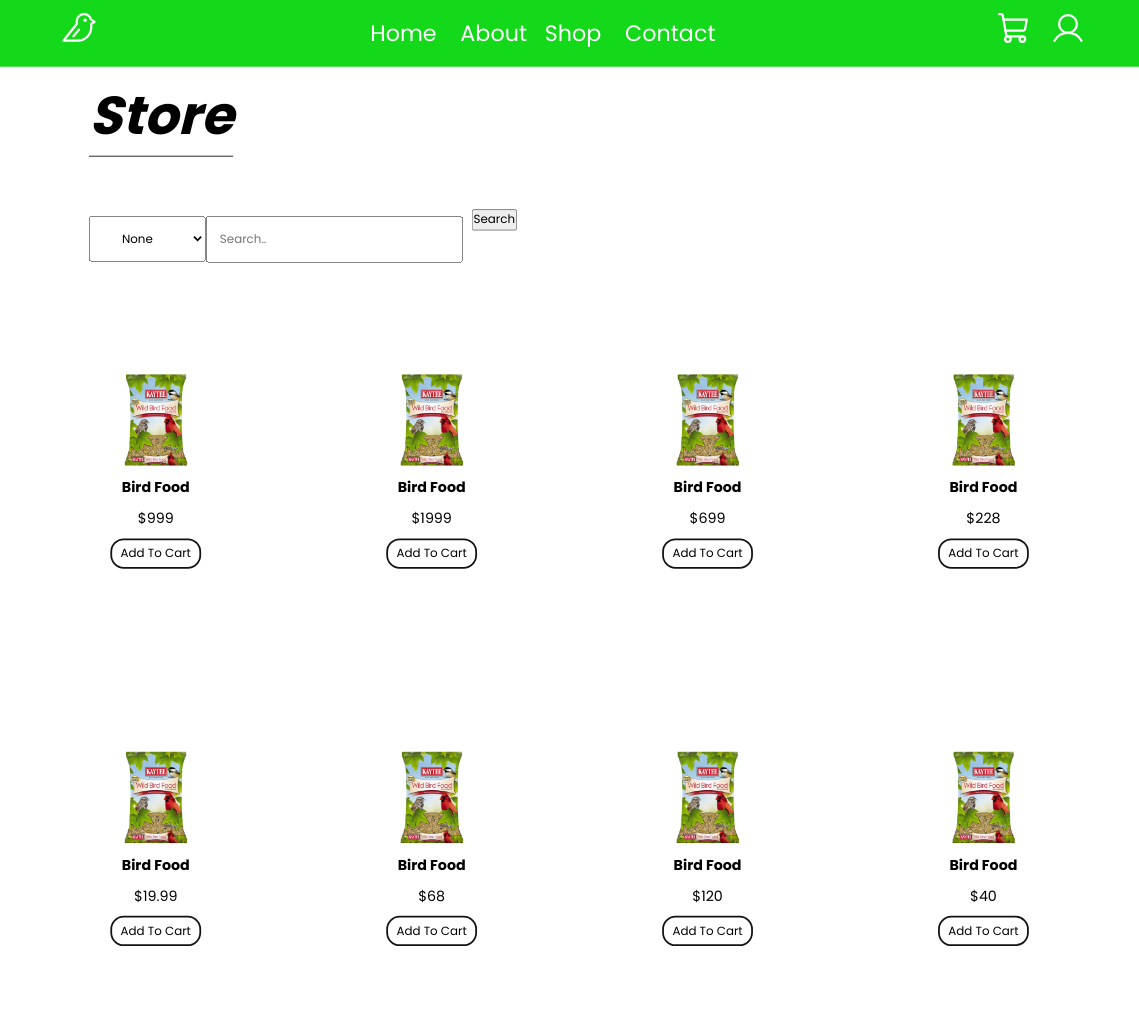
Repository: Vuhainam64/SWP391
Page: / (app in React/swp391-app/)
The author's editor kept a copy of each file at every save. The page is drawn from the files as they stood at one save, then again after the next save.
The browser window is 1280 px wide. The pictures show the whole page, at 89% of full size.
The project was rebuilt for these pictures with package versions that can differ from the ones it lists, and the page was loaded fresh each time. Also part of the build but not shown: React/swp391-app/src/pages/register/register.jsx, React/swp391-app/src/pages/home/home.jsx, React/swp391-app/src/pages/about/about.jsx, React/swp391-app/src/pages/contact/contact.jsx, React/swp391-app/src/pages/cart/cart-item.jsx, React/swp391-app/src/pages/cart/cart.css, React/swp391-app/src/pages/cart/cart.jsx.

Above is the page before, as saved 2023-06-01 14:02:38.

### React/swp391-app/src/App.js
import './App.css';
import { BrowserRouter as Router, Routes, Route } from "react-router-dom";
import { Navbar } from "./components/navbar";
import { Register } from "./pages/register/register";
import { Home } from "./pages/home/home";
import { About } from "./pages/about/about";
import { Shop } from "./pages/shop/shop";
import { Contact } from "./pages/contact/contact";
import { Cart } from "./pages/cart/cart";
import { ShopContextProvider } from './context/shop-context';


function App() {
  return (
    <div className = "App">
      <ShopContextProvider>
        <Router>
          <Navbar />
          <Routes>
            <Route path = "/register" element = {<Register />} />
            <Route path = "/home" element={<Home/>} />
            <Route path = "/about" element={<About/>} />
            <Route path = "/" element = {<Shop />} />
            <Route path = "/contact" element = {<Contact />} />
            <Route path = "/cart" element = {<Cart />} />
          </Routes>
        </Router>
      </ShopContextProvider>
    </div>
  );
}

export default App;

### React/swp391-app/src/App.css
.App {
  width: 100%;
  height: auto;
  min-height: 100vh;
  font-family: 'Segoe UI', Tahoma, Geneva, Verdana, sans-serif;
}

body {
  padding: 0;
  margin: 0;
}

### React/swp391-app/src/components/navbar.jsx
import React from "react";
import { Link } from "react-router-dom";
import { ShoppingCart, Bird, User } from "phosphor-react";
import "./navbar.css";

export const Navbar = () => {
  return (
    <div className="navbar">
      <div className="links">
        <div className="icon">
          <Link to="/home">
            <Bird size={40} />
          </Link>
        </div>
        <div className="middle">
          <Link to="/home"> Home </Link>
          <Link to="/about">About</Link>
          <Link to="/">Shop</Link>
          <Link to="/contact"> Contact</Link>
        </div>
        <div className="end">
          <Link to="/cart">
            <ShoppingCart size={40} />
          </Link>
            <Link to="/register">
                <User size={40}/>
            </Link>
        </div>
      </div>
    </div>
  );
};

### React/swp391-app/src/pages/shop/shop.jsx
import React from "react";
import { PRODUCTS } from "../../products";
import { Product } from "./product";
import "./shop.css";

export const Shop = () => {
  return (
    <div className="shop">
      <div className="shopTitle">
        <h3>Store</h3>
      </div>

      <div class="form-shop">
        <label>
          <select>
            <option selected> None </option>
            <option>Seed</option>
            <option>Suet</option>
            <option>Nectar</option>
            <option>Fruit</option>
            <option>Insect</option>
          </select>
        </label>
        <div>
        <div className="search-bar">
        <input type="text" placeholder="Search.."/>
        <div className="icon-search">
        <button>Search</button>
        </div>
        </div>
        </div>
      </div>

      <div className="products">
        {PRODUCTS.map((product) => (
          <Product data={product} />
        ))}
      </div>
    </div>
  );
};

### React/swp391-app/src/context/shop-context.jsx
import { createContext, useEffect, useState } from "react";
import { PRODUCTS } from "../products";

export const ShopContext = createContext(null);

const getDefaultCart = () => {
    let cart = {};
    for (let i = 1; i < PRODUCTS.length + 1; i++) {
        cart[i] = 0;
    }
    return cart;
}

export const ShopContextProvider = (props) => {
    const [cartItems, setCartItems] = useState(getDefaultCart());

    const getTotalCartAmount = () => {
        let totalAmount = 0;
        for (const item in cartItems) {
            if (cartItems[item] > 0) {
                let itemInfo = PRODUCTS.find((product) => product.id === Number(item));
                totalAmount += cartItems[item] *itemInfo.price;
            }
        }
        return totalAmount;
    };

    const addToCart = (itemId) => {
        setCartItems((prev) => ({ ...prev, [itemId]: prev[itemId] + 1}));
    };

    const removeFromCart = (itemId) => {
        setCartItems((prev) => ({ ...prev, [itemId]: prev[itemId] - 1}));
    };

    const updateCartItemCount = (newAmount, itemId) => {
        setCartItems((prev) => ({ ...prev, [itemId]: newAmount }));
    };

    const checkout = () => {
        setCartItems(getDefaultCart());
    };

    const contextValue = {
        cartItems,
        addToCart,
        updateCartItemCount,
        removeFromCart,
        getTotalCartAmount,
        checkout,
    };

    return (
        <ShopContext.Provider value={contextValue}>
            {props.children}
        </ShopContext.Provider>
    );
};

### React/swp391-app/src/components/navbar.css
.navbar {
    width: 100%;
    height: 75px;
    background-color: rgb(20, 217, 27);
    display: flex;
    justify-content: center;
    align-items: center;
}

.links {
    margin-right: 50px;
    display: flex;
    align-items: center;
    justify-content: space-between;
    width: 100%;
}

.icon {
    margin-left: 50px;
}

.end {
    padding: 0 10px;
}

.links a {
    text-decoration: none;
    color: white;
    margin-left: 20px;
    font-size: 25px;
}

### React/swp391-app/src/pages/register/register.css
/* Import Google font - Poppins */
@import url('https://fonts.googleapis.com/css2?family=Poppins:wght@200;300;400;500;600;700&display=swap');

*{
  margin: 0;
  padding: 0;
  box-sizing: border-box;
  font-family: 'Poppins', sans-serif;
}

.images{
  position: absolute;
  width: 100%;
  height: 100%;
  background-image: linear-gradient(rgba(0,0,0,0.4),rgba(0,0,0,0.4)),url(../../assets/products/7200317.jpg);
  background-position: center;
  background-size: cover;
}

.container{
  position: relative;
  top: 50%;
  left: 50%;
  transform: translate(-50%,-50%);
  max-width: 480px;
  width: 100%;
  background: #fff;
  border-radius: 7px;
  box-shadow: 0 5px 10px rgba(0,0,0,0.3);
}

.container .registration{
  display: none;
}

#check:checked ~ .registration{
  display: block;
}

#check:checked ~ .login{
  display: none;
}

#check{
  display: none;
}

.container .form{
  padding: 2rem;
}

.form header{
  font-size: 2rem;
  font-weight: 500;
  text-align: center;
  margin-bottom: 1.5rem;
}

 .form input{
   height: 60px;
   width: 92%;
   padding: 0 14px;
   font-size: 17px;
   margin-top: 15px;
   margin-bottom: 1.3rem;
   border: 1px solid #ddd;
   border-radius: 6px;
   outline: none;
 }

 .form input:focus{
   box-shadow: 0 1px 0 rgba(0,0,0,0.2);
 }

.form a{
  font-size: 16px;
  color: #009579;
  text-decoration: none;
}

.form a:hover{
  text-decoration: underline;
}

.form input.button{
  color: #fff;
  background: #009579;
  font-size: 1.2rem;
  font-weight: 500;
  letter-spacing: 1px;
  margin-top: 1.7rem;
  cursor: pointer;
  transition: 0.4s;
  width: 100%;
}

.form input.button:hover{
  background: #006653;
}

.signup{
  font-size: 17px;
  text-align: center;
}

.signup label{
  color: #009579;
  cursor: pointer;
}

.signup label:hover{
  text-decoration: underline;
}

.icon-login {
  margin-right: 5px;
}

### React/swp391-app/src/products.js
import product1 from "./assets/products/1.png";
import product2 from "./assets/products/1.png";
import product3 from "./assets/products/1.png";
import product4 from "./assets/products/1.png";
import product5 from "./assets/products/1.png";
import product6 from "./assets/products/1.png";
import product7 from "./assets/products/1.png";
import product8 from "./assets/products/1.png";

export const PRODUCTS = [
  {
    id: 1,
    productName: "Bird Food",
    price: 999.0,
    productImage: product1,
  },
  {
    id: 2,
    productName: "Bird Food",
    price: 1999.0,
    productImage: product2,
  },
  {
    id: 3,
    productName: "Bird Food",
    price: 699.0,
    productImage: product3,
  },
  {
    id: 4,
    productName: "Bird Food",
    price: 228.0,
    productImage: product4,
  },
  {
    id: 5,
    productName: "Bird Food",
    price: 19.99,
    productImage: product5,
  },
  {
    id: 6,
    productName: "Bird Food",
    price: 68.0,
    productImage: product6,
  },
  {
    id: 7,
    productName: "Bird Food",
    price: 120.0,
    productImage: product7,
  },
  {
    id: 8,
    productName: "Bird Food",
    price: 40.0,
    productImage: product8,
  },
];

### React/swp391-app/src/pages/shop/product.jsx
import React, {useContext} from "react";
import { ShopContext } from "../../context/shop-context";

export const Product = (props) => {
    const { id, productName, price, productImage } = props.data;
    const { addToCart, cartItems } = useContext(ShopContext);

    const cartItemCount = cartItems[id];

    return (
        <div className = "product">
            <img src = {productImage} alt=""/>
            <div className = "description">
                <p>
                    <b>{productName}</b>
                </p>
                <p> ${price}</p>
            </div>
            <button className="addToCartBttn" onClick = {() => addToCart(id)}>
                Add To Cart {cartItemCount > 0 && <> ({cartItemCount}) </>}
            </button>
        </div>
    );
};

### React/swp391-app/src/pages/shop/shop.css
.shop {
    padding: 0 20px;
}

.shopTitle {
    margin-top: 10px;
    text-align: center;
    font-size: 40px;
}

.products {
    width: 100%;
    height: auto;
    display: grid;
    grid-template-columns: 1fr 1fr 1fr 1fr;
    place-items: center;

}

.product {
    border-radius: 15px;
    margin: 100px;
    display: flex;
    flex-direction: column;
    justify-content: center;
    align-items: center;
}

.product img {
    width: 100%;
    height: 100%;
}

.product .description {
    text-align: center;
}

.product:hover {
    transition: 0.3s ease-in;
    cursor: pointer;
}

.addToCartBttn {
    background-color: transparent;
    border: 2px solid rgb(19, 19, 19);
    min-width: 100px;
    padding: 5px 10px 5px 10px;
    border-radius: 15px;
}

.addToCartBttn:hover {
    background-color: rgb(19, 19, 19);
    color: white;
    cursor: pointer;
}

.description p,b{
    margin: 10px 0;
}
.shopTitle {
    justify-content: left;
    display: inline-block;
}
.shopTitle h3{
    float: left;
    margin-left: 80px;
    font-size: 60px;
    font-style: italic;
    border-bottom: 1px solid rgb(19, 19, 19);
}

.form-shop {
    display:flex;
    margin-left: 80px;
    margin-bottom: 10px;
    margin-top: 50px;

}

.form-shop select {
    padding: 14px 32px;
}

.form-shop input {
    padding: 14px;
    margin: 10px 10px 10px 0;
    width: 30%;
}

.search-bar {
    display: flex;
}
.search-bar input{
   width: 100%;
}
.icon-search {

}

### React/swp391-app/src/pages/contact/contact.css
.contact{
    max-width: 400px;
    margin: 0 auto;
    padding: 20px;
}
.title-contact{
    text-align: center;
}
label{
    display: block;
    margin-top: 10px;
}
.form-contact{

    text-align: center;
}

/* input[type="text"],
.type-email,
input[type="message"],
textarea {
  width: 100%;
  padding: 8px;
  border: 1px solid #ccc;
  border-radius: 4px;
  box-sizing: border-box;
  margin-top: 5px;
  margin-bottom: 10px;
} */

input[type="submit"] {
    background-color: #4CAF50;
    color: white;
    padding: 10px 15px;
    border: none;
    border-radius: 4px;
    cursor: pointer;
    font-size: 16px;
  }

  input[type="submit"]:hover {
    background-color: #45a049;
  }

  textarea {
    height: 100px;
  }

Loaded but not shown: React/swp391-app/public/index.html (common file); React/swp391-app/src/index.js (common file); React/swp391-app/src/index.css (common file); React/swp391-app/src/reportWebVitals.js (common file)

After the next save:
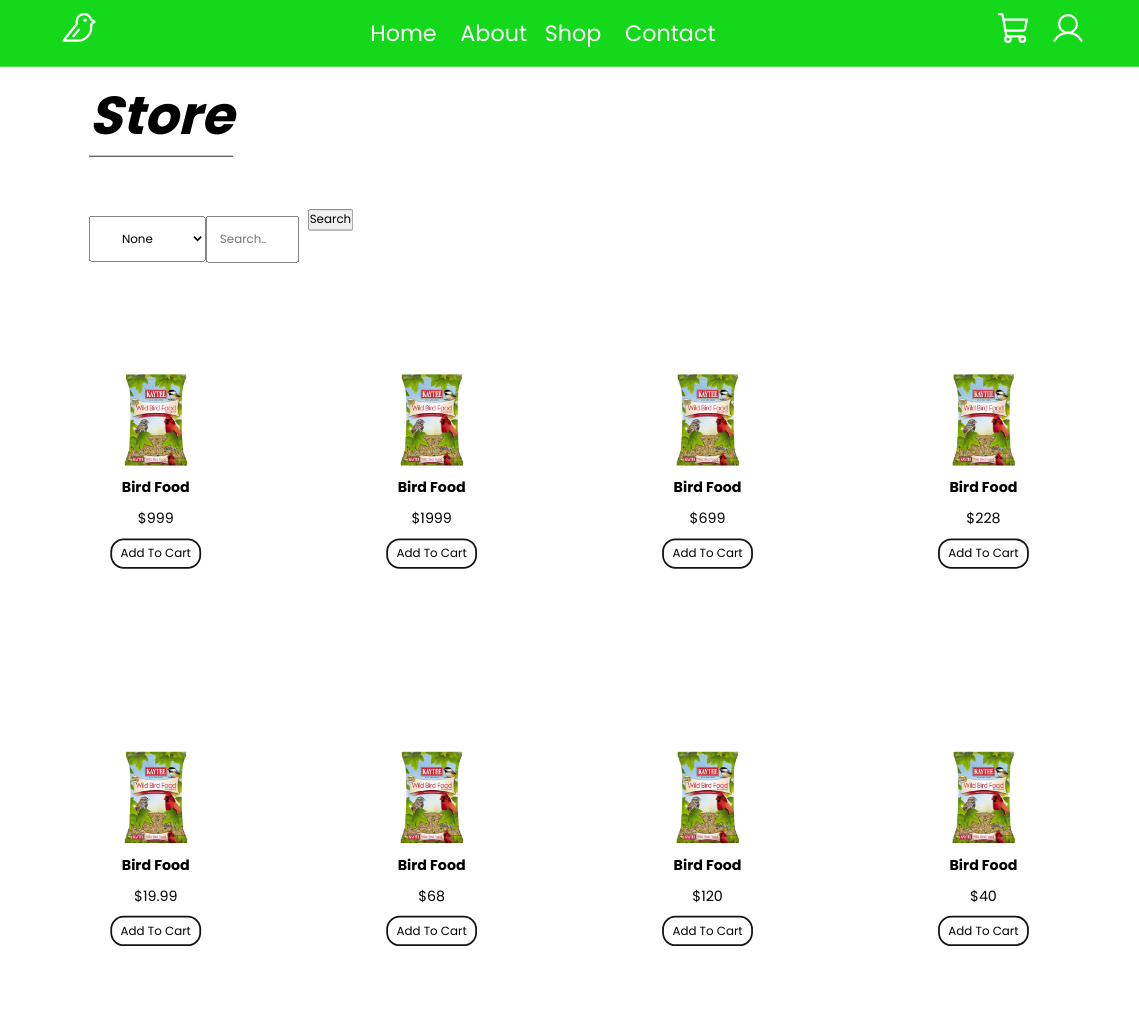
Saved 30 s later.
--- a/React/swp391-app/src/pages/shop/shop.css
+++ b/React/swp391-app/src/pages/shop/shop.css
@@ -89,10 +89,11 @@
 
 .search-bar {
     display: flex;
+    width: ;
 }
-.search-bar input{
+/* .search-bar input{
    width: 100%;
-}
+} */
 .icon-search {
 
 }

After the 2 saves that followed:
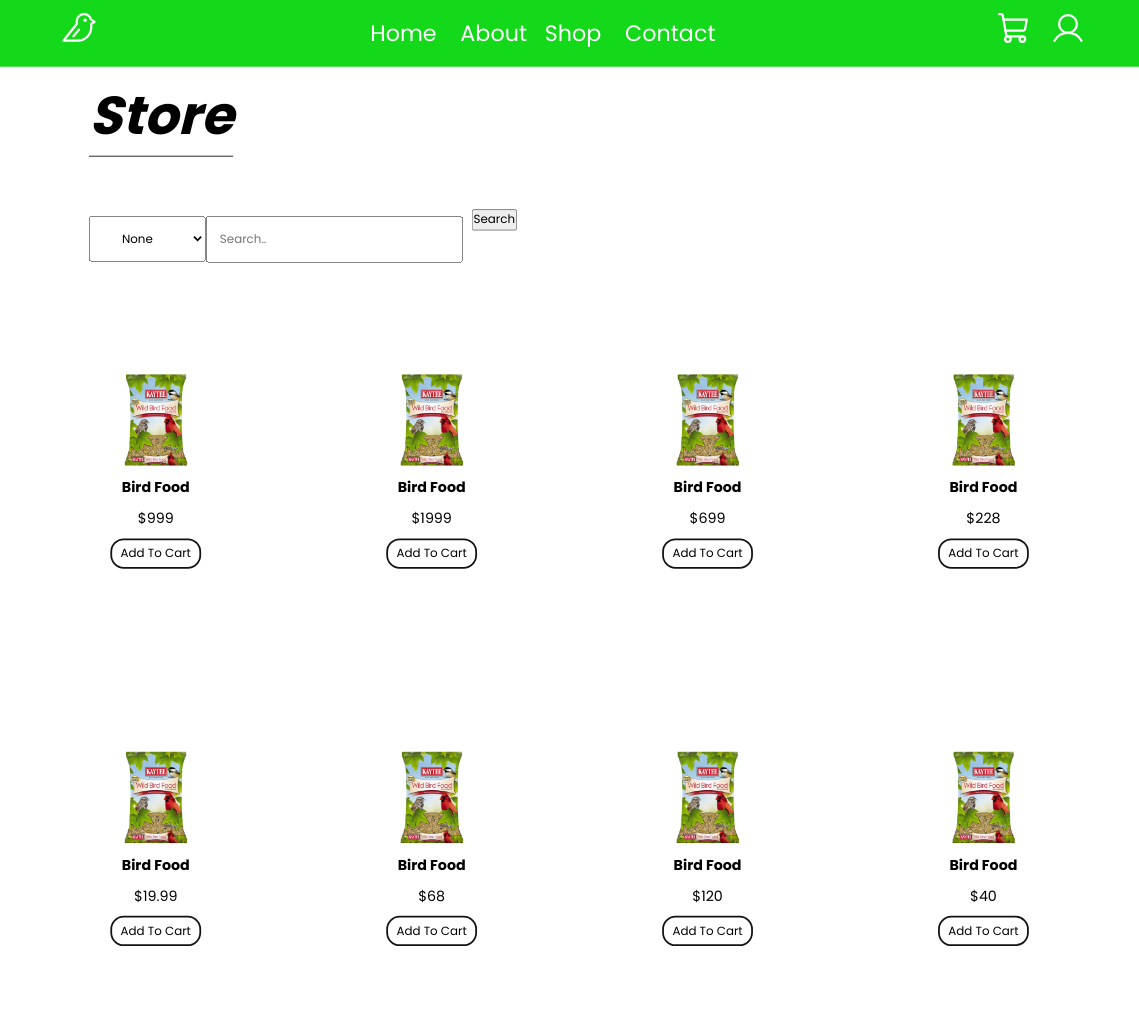
The 2 saves are shown as one change because 1 left the picture as it was.
The last was saved 8 s later.
--- a/React/swp391-app/src/pages/shop/shop.css
+++ b/React/swp391-app/src/pages/shop/shop.css
@@ -84,12 +84,12 @@
 .form-shop input {
     padding: 14px;
     margin: 10px 10px 10px 0;
-    width: 30%;
+    width: 100%;
 }
 
 .search-bar {
     display: flex;
-    width: ;
+    width: 100%;
 }
 /* .search-bar input{
    width: 100%;
